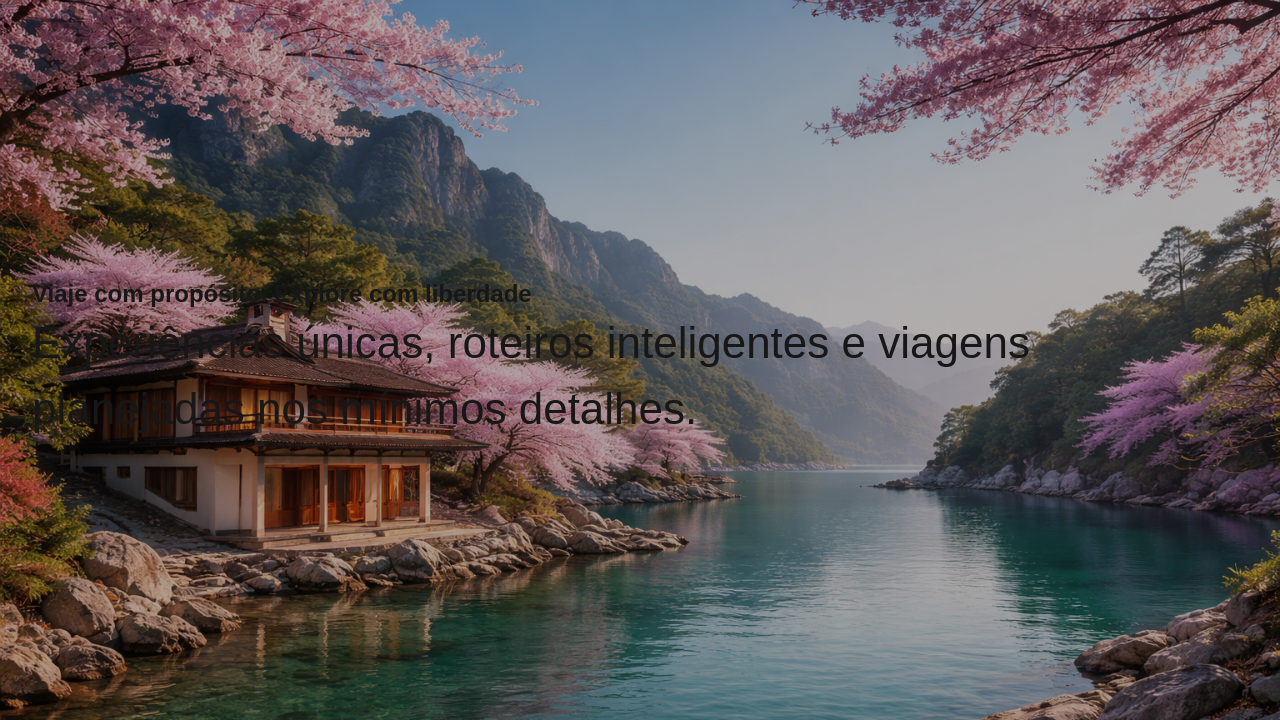
Repository: pedroantoniosi/tripicon-site
Page: /home
The author's editor kept a copy of each file at every save. The page is drawn from the files as they stood at one save, then again after the next save.
The browser window is 1280 px wide. The pictures show the whole page.
The project was rebuilt for these pictures with package versions that can differ from the ones it lists, and the page was loaded fresh each time. The framework's server and built-in components were replaced by stand-ins that run in the browser. Also part of the build but not shown: next.config.ts.

Above is the page before, as saved 2026-03-31 17:35:19.

After the next save:
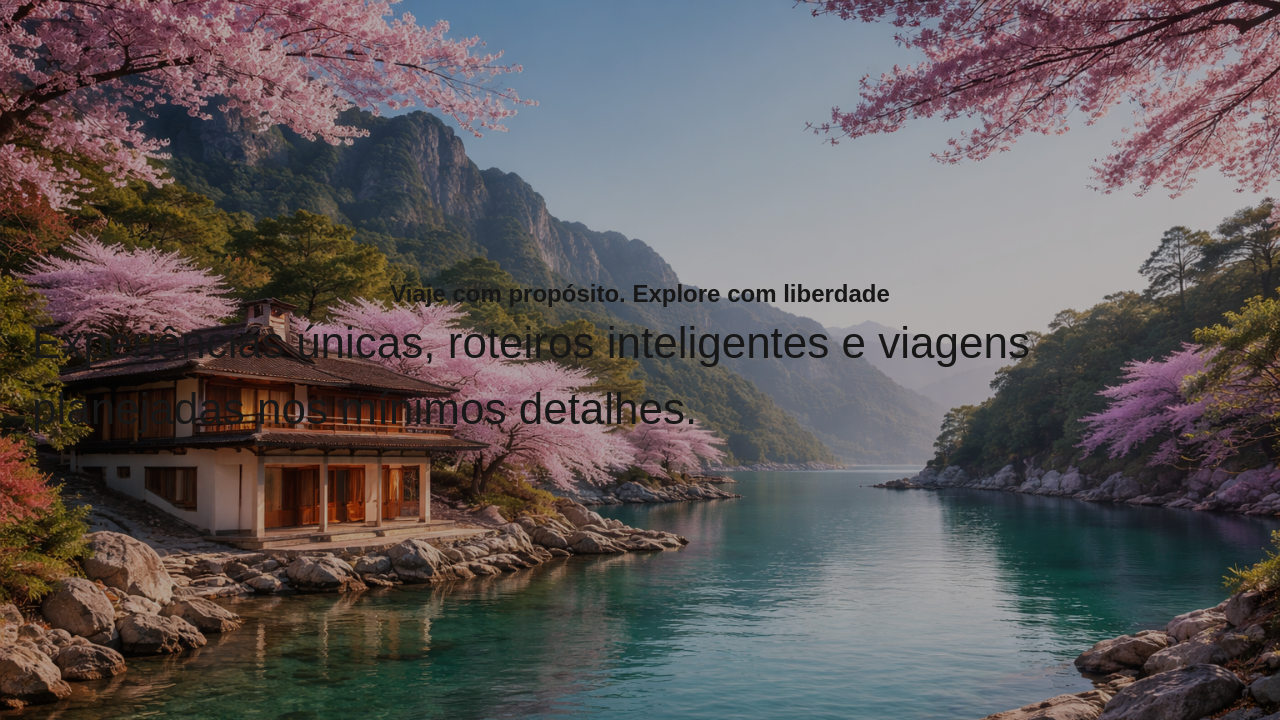
Saved 55 s later.
--- a/src/app/home/page.tsx
+++ b/src/app/home/page.tsx
@@ -4,10 +4,7 @@ export default function Home() {
   return (
     <div className={styles.heroContainer}>
       <div className={`${styles.heroCaption} col gap-2`}>
-        <h2
-          className={`font-bold text-2xl
- `}
-        >
+        <h2 className={`font-bold text-2xl text-center`}>
           Viaje com propósito. Explore com liberdade
         </h2>
         <p className="text-[44px]">
